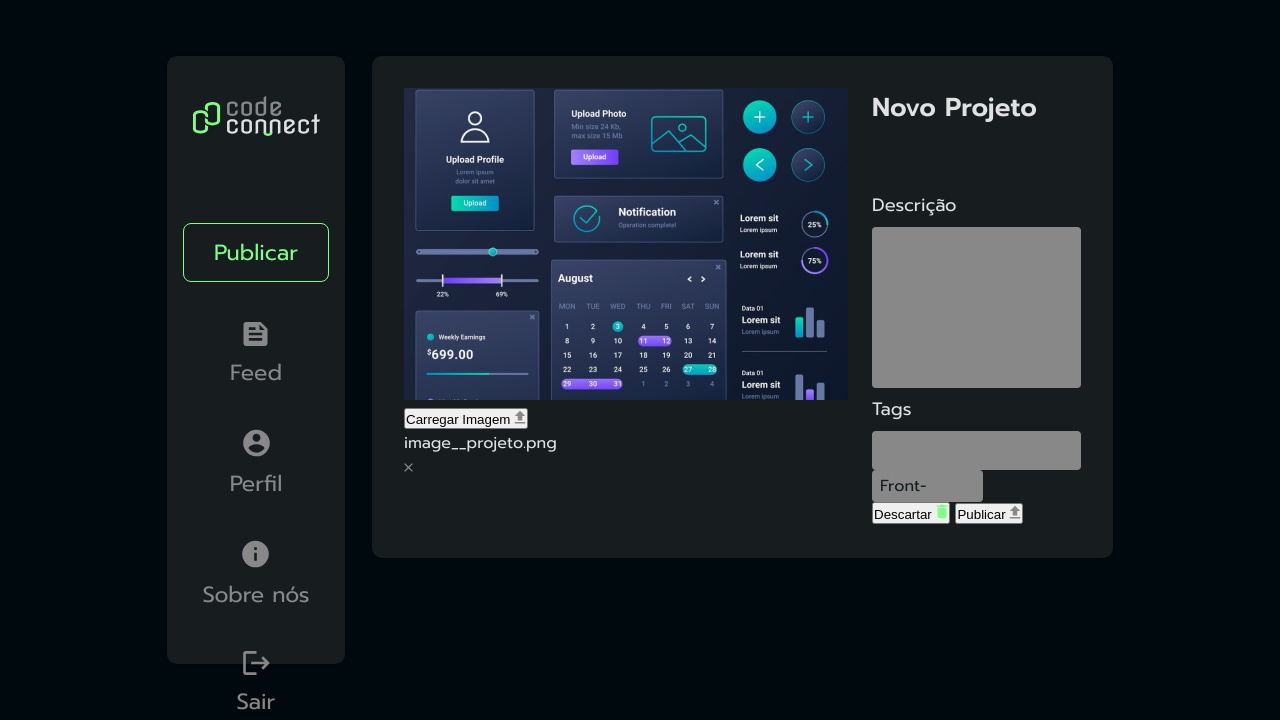
Repository: joaoPraiaJunior/async_await
Page: index.html
The author's editor kept a copy of each file at every save. The page is drawn from the files as they stood at one save, then again after the next save.
The browser window is 1280 px wide. The pictures show the whole page.

Above is the page before, as saved 2024-08-24 19:35:52.

### index.html
<!DOCTYPE html>
<html lang="pt-BR" dir="ltr">

<head>
    <meta charset="UTF-8">
    <meta name="viewport" content="width=device-width, initial-scale=1.0">
    <meta name="description" content="Projeto Async Await">
    <link rel="preconnect" href="https://fonts.googleapis.com">
    <link rel="preconnect" href="https://fonts.gstatic.com" crossorigin>
    <link href="https://fonts.googleapis.com/css2?family=Prompt:ital,wght@0,100;0,200;0,300;0,400;0,500;0,600;0,700;0,800;0,900;1,100;1,200;1,300;1,400;1,500;1,600;1,700;1,800;1,900&display=swap" rel="stylesheet">
    <link rel="stylesheet" href="./css/styles.css">
    <title>CodeConnect</title>
</head>

<body>

    <aside class="l-lateral">
        <figure><img src="./img/Logo.svg" alt="Logo do codeconnect"></figure>
        <nav class="c-menu">
            <ul class="c-menu__lista">
                <li class="c-menu__item"><a href="#" class="c-menu__link">Publicar</a></li>
                <li class="c-menu__item"><a href="#" class="c-menu__link"><img src="./img/feed.svg" aria-hidden="true" alt>Feed</a></li>
                <li class="c-menu__item"><a href="#" class="c-menu__link"><img src="./img/account_circle.svg" aria-hidden="true" alt>Perfil</a></li>
                <li class="c-menu__item"><a href="#" class="c-menu__link"><img src="./img/info.svg" aria-hidden="true" alt>Sobre nós</a></li>
                <li class="c-menu__item"><a href="#" class="c-menu__link"><img src="./img/logout.svg" aria-hidden="true" alt>Sair</a></li>
            </ul>
        </nav>
    </aside>

    <main class="l-principal">
        <div class="c-upload-imagem">
            <div class="c-upload-imagem__container">
                <figure class="c-upload-imagem__publicacao">
                    <img src="./img/imagem1.png" alt>
                </figure>
            </div>
            <button class="c-upload-imagem__botao" aria-label="carregar imagem">Carregar Imagem <img src="./img/upload.svg" aria-hidden="true" alt></button>
            <div class="c-upload-imagem__descricao">
                <p>image__projeto.png</p>
                <img src="./img/close.svg" aria-hidden="true" alt>
            </div>
        </div>

        <div class="c-formulario">
            <h2 class="c-formulario__titulo">Novo Projeto</h2>
            <form class="c-formulario__acoes">
                <div class="c-formulario__grupo">
                    <label for="Descricao">Descrição</label>
                    <textarea name="descricao" id="descricao">
                    </textarea>
                </div>

                <div class="c-formulario__grupo">
                    <label for="Tags">Tags</label>
                    <input type="text" name="tags" id="tags">
                </div>

                <ul class="c-formulario__lista">
                    <li class="c-formulario__lista-tags">
                        <p>Front-end</p>
                        <img src="./img/close.svg" alt>
                    </li>
                </ul>

                <div class="c-formulario__botoes">
                    <button class="c-formulario__botao">Descartar <img src="./img/trash.svg" aria-hidden="true" alt></button>
                    <button class="c-formulario__botao">Publicar <img src="./img/upload.svg" aria-hidden="true" alt></button>
                </div>
            </form>
        </div>
    </main>

    <script src="./js/scripts.js"></script>
</body>

</html>

### css/styles.css
:root {
  /* Cores */
  --background-color: #00090e;
  --cor-do-texto: #e1e1e1;
  --cor-primaria: #81fe88;
  --cor-secundaria: #888888;
  --cor-da-tag: #171d1f;
  --componentes-do-background: #171d1f;

  /* Fontes */
  --fonte-padrao: "Prompt", sans-serif;
}

* {
  margin: 0;
  padding: 0;
  box-sizing: border-box;
}

html {
  font-size: 62.5%;
}

body {
  display: flex;
  justify-content: center;
  align-items: start;
  gap: 2.7rem;
  font-family: var(--fonte-padrao);
  font-size: 1.6rem;
  background-color: var(--background-color);
  color: var(--cor-do-texto);
  padding: 5.6rem 0;
  height: 100vh;
}

.l-lateral {
  text-align: center;
  background-color: var(--componentes-do-background);
  border-radius: 1.0rem;
  padding: 4.0rem 1.6rem;
  height: 100%;
}

.c-menu__lista {
    display: flex;
    flex-direction: column;
    align-items: center;
    gap: 4.0rem;
    margin-top: 8.0rem;
    list-style-type: none;
}

.c-menu__link {
    display: flex;
    flex-direction: column;
    align-items: center;
    gap: 1.0rem;
    font-size: 2.2rem;
    text-decoration: none;
    color: var(--cor-secundaria);
}

.c-menu__lista li:first-of-type a {
    color: var(--cor-primaria);
    border: .1rem solid var(--cor-primaria);
    border-radius: .8rem;
    padding: 1.2rem 3.0rem;
}


.l-principal {
    display: flex;
    gap: 2.4rem;
    background-color: var(--componentes-do-background);
    border-radius: 1.0rem;
    padding: 3.2rem;
}

.c-formulario {
    display: flex;
    flex-direction: column;
    gap: 2.4rem;
}

.c-formulario__titulo {
    font-size: 2.6rem;
    font-weight: 600;
    margin-bottom: 4.0rem;
}

.c-formuario__acoes {
    display: flex;
    flex-direction: column;
    gap: 2.4rem;
}

.c-formulario__grupo label {
    display: block;
    font-size: 1.8rem;
    font-weight: 400;
    margin-bottom: .8rem;
}

.c-formulario__grupo input, textarea {
    background-color: var(--cor-secundaria);
    font-family: var(--fonte-padrao);
    line-height: 2.25rem;
    border: none;
    border-radius: .4rem;
    padding:.8rem 1.6rem;
    width: 100%;
}

.c-formulario__grupo textarea {
    resize: none;
    height: 16.1rem;
}

.c-formulario__grupo input {
    height: 3.9rem;
}

.c-formulario__lista {
    display: flex;
    list-style-type: none;
}

.c-formulario__lista-tags {
    display: flex;
    gap: 1.0rem;
    color: var(--cor-da-tag);
    background-color: var(--cor-secundaria);
    border-radius: .4rem;
    padding: .4rem .8rem;
}

Loaded but not shown: js/scripts.js (no copy from this time; the picture is the same without it)

After the next save:
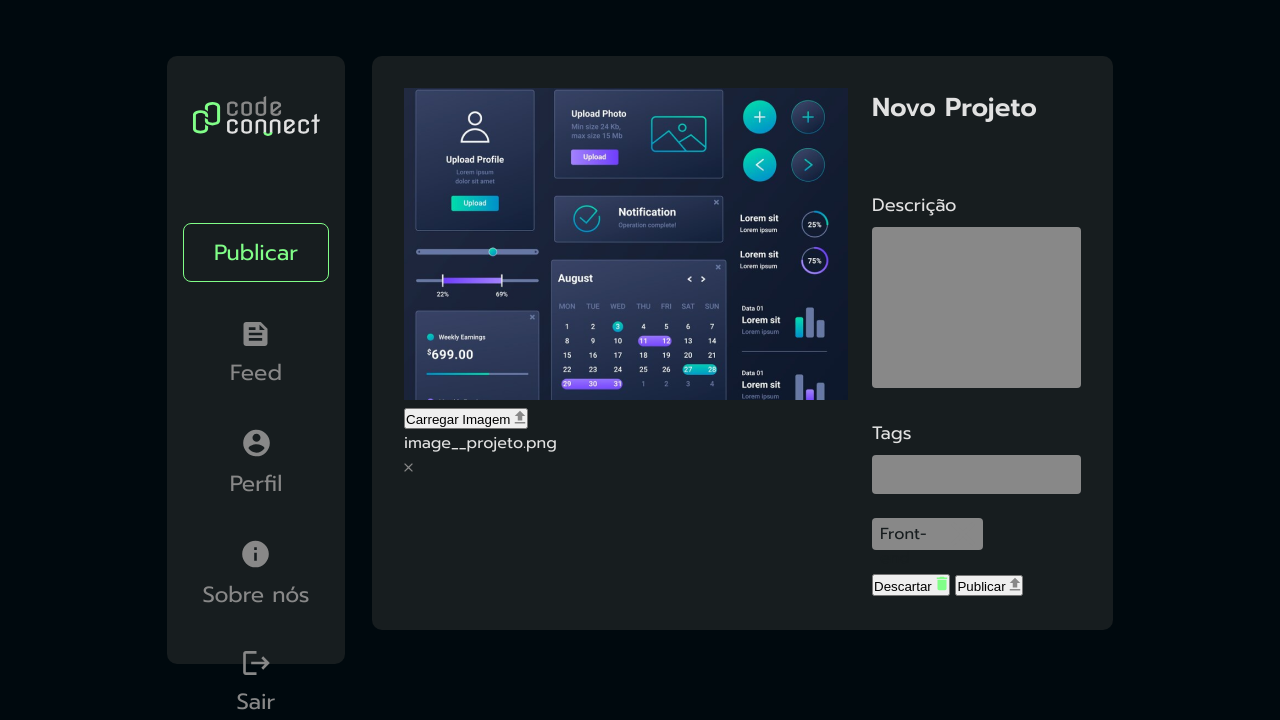
Saved 100 s later.
--- a/css/styles.css
+++ b/css/styles.css
@@ -89,7 +89,7 @@ body {
     margin-bottom: 4.0rem;
 }
 
-.c-formuario__acoes {
+.c-formulario__acoes {
     display: flex;
     flex-direction: column;
     gap: 2.4rem;
